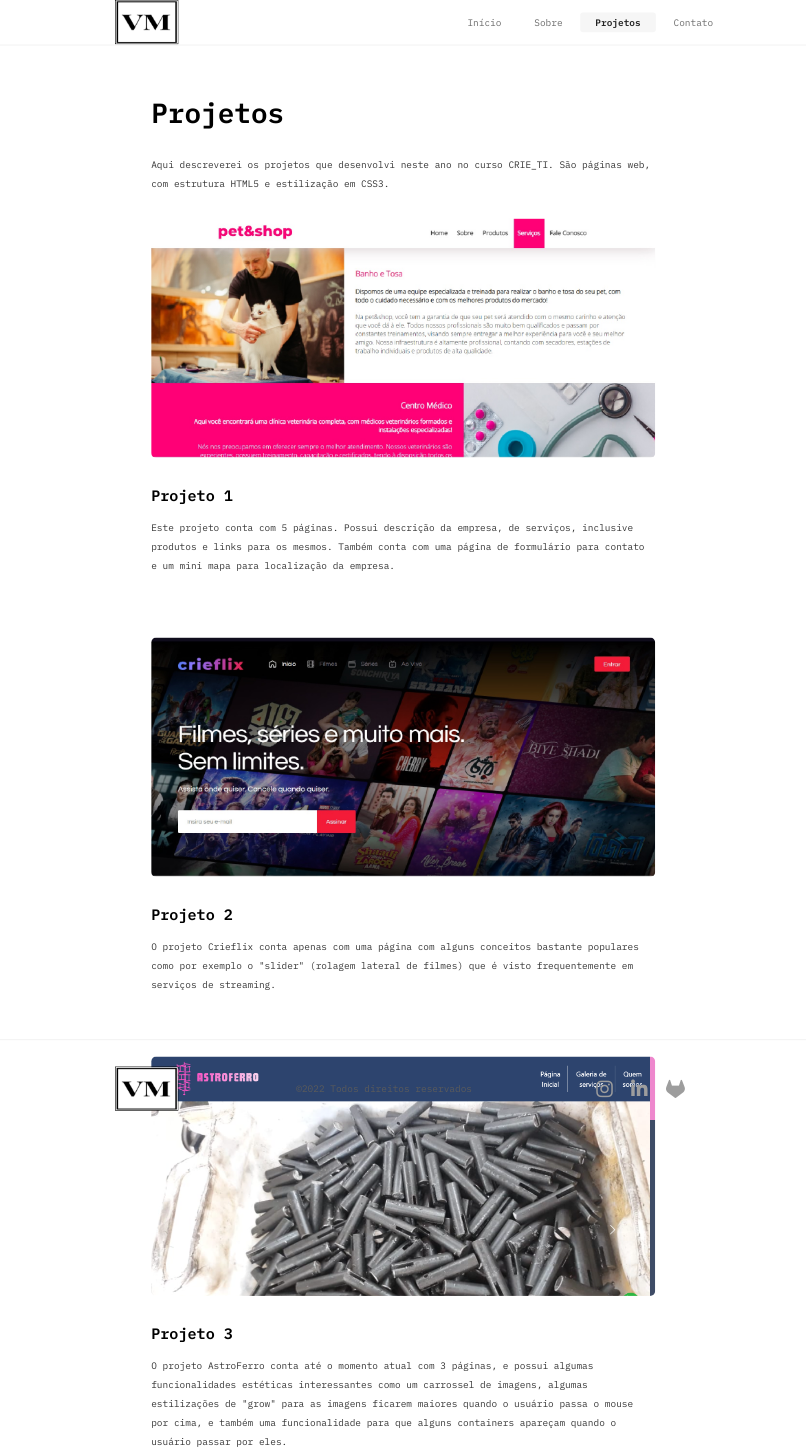
Repository: viictormatias/viictormatias.github.io
Page: projects.html
An editor plug-in stored every save of this project. The page is shown before and after the next save, followed by the edit.
The browser window is 1280 px wide. The pictures show the whole page, at 63% of full size.
Some web libraries are served in a nearby version.

Above is the page before, as saved 2023-02-06 15:41:07.

### projects.html
<!DOCTYPE html>
<html lang="pt-br">
<head>
    <meta charset="UTF-8">
    <meta http-equiv="X-UA-Compatible" content="IE=edge">
    <meta name="viewport" content="width=device-width, initial-scale=1.0">
    <title>Portfólio</title>
    <link rel="stylesheet" href="styles/base/reset.css">
    <link rel="stylesheet" href="styles/base/base.css">
    <link rel="stylesheet" href="styles/base/variables.css">
    <link rel="stylesheet" href="styles/layout/header.css">
    <link rel="stylesheet" href="styles/layout/footer.css">
    <link rel="stylesheet" href="styles/components/about.css">
    <link rel="stylesheet" href="styles/components/button.css">
    <link rel="stylesheet" href="styles/components/projects.css">

    <link rel="preconnect" href="https://fonts.googleapis.com">
    <link rel="preconnect" href="https://fonts.gstatic.com" crossorigin>
    <link href="https://fonts.googleapis.com/css2?family=IBM+Plex+Mono:wght@400;600&display=swap" rel="stylesheet">
    <script src="https://kit.fontawesome.com/d41cb6b5bb.js" crossorigin="anonymous"></script>
</head>
<body>
    <header class="header">
        <label class="header__toggle" for="hamburger">
            <i class="fa-solid fa-bars"></i>
        </label>
        <input id="hamburger" class="header__check" type="checkbox">
        <a href="./index.html">
            <img class="logo" src="./images/VM.png">
        </a>
        <nav class="header__menu">
            <a href="./index.html" class="header__menu__item">
                <span class="header__menu__item__text">Início</span>
            </a>
            <a href="./about.html" class="header__menu__item">
                <span class="header__menu__item__text">Sobre</span>
            </a>
            <a href="./projects.html" class="header__menu__item header__menu__item--active">
                <span class="header__menu__item__text">Projetos</span>
            </a>
            <a href="./contact.html" class="header__menu__item">
                <span class="header__menu__item__text">Contato</span>
            </a>
        </nav>
    </header>
    <section class="projects__page">
        <h1 class="projects__h1">Projetos</h1>
        <p class="projects__text">Aqui descreverei os projetos que desenvolvi neste ano no curso CRIE_TI. São páginas web, com estrutura HTML5 e estilização em CSS3.</p>
        <div class="project__example">
            <img class="picture__project" src="./images/petshop.jpg"  width="1000px">
        </div>
        <div class="project__desc__container">
            <h2 class="projects__title__1">Projeto 1</h2>
            <p class="project__description">Este projeto conta com 5 páginas. Possui descrição da empresa, de serviços, inclusive produtos e links para os mesmos. Também conta com uma página de formulário para contato e um mini mapa para localização da empresa.</p>
        </div>
        <div class="project__example__2" id="projeto2">
            <img class="picture__project" src="./images/crieflix.jpg" width="1000px">
        </div>
        <div class="project__desc__container__1">
            <h2 class="projects__title__1">Projeto 2</h2>
            <p class="project__description">O projeto Crieflix conta apenas com uma página com alguns conceitos bastante populares como por exemplo o "slider" (rolagem lateral de filmes) que é visto frequentemente em serviços de streaming.</p>
        </div>
        <div class="project__example__2" id="projeto3">
            <img class="picture__project" src="./images/astroferroproject.png" width="1000px">
        </div>
        <div class="project__desc__container__1">
            <h2 class="projects__title__1">Projeto 3</h2>
            <p class="project__description">O projeto AstroFerro conta até o momento atual com 3 páginas, e possui algumas funcionalidades estéticas interessantes como um carrossel de imagens, algumas estilizações de "grow" para as imagens ficarem maiores quando o usuário passa o mouse por cima, e também uma funcionalidade para que alguns containers apareçam quando o usuário passar por eles.</p>
        </div>
    </section>

    <section class="footer__projects">
        <div class="container__footer">
            <a href="./index.html">
                <img class="logo__footer" src="./images/VM.png">
            </a>
            <p class="copy__text">©2022 Todos direitos reservados</p>
            <div class="socialmedia__footer">
                <a class="icons" href="https://www.instagram.com/viictormatias/" target="_blank">
                    <i class="fa-brands fa-instagram fa-2x"></i>
                </a>
                <a class="icons" href="https://www.linkedin.com/in/viictormatias/" target="_blank">
                    <i class="fa-brands fa-linkedin-in fa-2x"></i>
                </a>
                <a class="icons" href="https://gitlab.com/vmatiasdev" target="_blank">
                    <i class="fa-brands fa-gitlab fa-2x"></i>
                </a>
            </div>
        </div>
    </section>
</body>
</html>

### styles/base/base.css
body {
    font-family: var(--font-family-primary);
    font-size: 15px;
    background-color: var(--color-white);
    display: flex;
    justify-content: center;
}

* {
    box-sizing: border-box;
  }

### styles/base/variables.css
:root {
    --color-pink: #EA4C89;
    --color-purple: #8F48EB;
    --color-blue: #1DA1F2;
    --color-yellow: #E39600;
    --color-black: #111111;
    --color-light-black: #242424;
    --color-darken-gray: #363636;
    --color-gray: #5B5B5B;
    --color-light-gray: #6C6C6C;
    --color-lighter-gray: #9D9D9D;
    --color-dark-white: #D9D9D9;
    --color-light-white: #EAEAEA;
    --color-medium-white: #F6F6F6;
    --color-white: #FFFFFF;

    --font-family-ibm: 'IBM Plex Mono';
    --font-size-default: 15px;

    --font-family-primary: var(--font-family-ibm);
}

### styles/layout/header.css
.header {
    height: 72px;
    width: 100%;
    display: flex;
    align-items: center;
    border-bottom: 1px solid var(--color-light-white);
    position: absolute;
}
.header__toggle,
.header__check {
  display: none;
}
.header__menu {
    display: flex;
    flex-direction: row;
    justify-content: center;
    align-items: center;
    padding: 8px 24px;
    gap: 4px;
    margin-left: auto;
    margin-right: 100px;
}
.header__menu__item {
    color: var(--color-light-gray);
    text-decoration: none;
    padding: 8px 24px;
}
.header__menu__item--active {
    color: var(--color-light-black);
    background-color: var(--color-medium-white);
    border-radius: 4px;
    font-weight: 600;
}
.logo {
    height: 70px;
    width: 100px;
    border: 1px solid #000000;
    margin-left: 183px;
    text-align: center;
}
nav a:hover {
    background: var(--color-medium-white);
}

@media only screen and (max-width:480px) {
    .header {
        height: 100px;
        width: 100%;
        display: flex;
        align-items: center;
        border-bottom: 1px solid var(--color-light-white);
        position: absolute;
    }
    .logo {
        height: 70px;
        width: 100px;
        border: 1px solid #000000;
        text-align: center;
        margin-left: 55%;
    }

    .header__menu {
        display: block;
        position: fixed;
        height: 230px;
        top: 80px;
        left: 0;
        right: 0;
        bottom: 0;
        background-color: var(--color-light-white);
        transform: translateX(-100%);
        transition: transform 0.25s ease;
        z-index: 9;
      }
      .header__menu__item {
        display: block;
        margin: 20px 0;
      }
      .header__toggle {
        display: block;
        margin-left: 40px;
      }
      .header__check:checked ~ .header__menu {
        transform: translateX(0);
      }
    }

### styles/layout/footer.css
.footer {
  margin-top: 2450px;
  width: 100%;
}
.container__footer {
    display: flex;
    justify-content: space-between;
    width: 100%;
    height: 156px;
    position: absolute;
    align-items: center;
    border-top: 1px solid var(--color-light-white);
}
.logo__footer {
    height: 70px;
    width: 100px;
    border: 1px solid #000000;
    text-align: center;
    margin-left: 183px;
}
.socialmedia__footer {
    margin-right: 183px;
}
.copy__text {
    color: var(--color-gray);
    align-items: center;
    text-align: center;
}
.footer__about {
    margin-top: 900px;
    width: 100%;
  }
  .footer__projects {
    margin-top: 1650px;
    width: 100%;
  }
  .footer__contacts {
    margin-top: 1000px;
    width: 100%;
    position: absolute;
  }

  @media only screen and (max-width:480px) {
  .footer {
     margin-top: 2750px;
     width: 100%;
  }
  .container__footer {
    display: flex;
    justify-content: space-between;
    width: 100%;
    height: 156px;
    position: absolute;
    align-items: center;
    border-top: 1px solid var(--color-light-white);
  }
  .logo__footer {
    height: 40px;
    width: 70px;
    border: 1px solid #000000;
    text-align: center;
    margin-left: 0;
  }
  .socialmedia__footer {
    margin-right: 0;
    display: flex;
  }
  .footer__about {
    margin-top: 1300px;
    width: 100%;
  }
  .footer__contacts {
    margin-top: 1100px;
  }
  .footer__projects {
    margin-top: 1450px;
    width: 100%;
  }
  }

### styles/components/about.css
.about {
    position: absolute;
    width: 1000px;
    margin-top: 150px ;
}
.about__title {
    width: 800px;
    text-align: center;
    line-height: 57px;
    font-size: 44px;
    font-style: normal;
    font-weight: 600;
    display: flex;
    align-items:center;
    margin-bottom: 40px;
    margin-left: auto;
    margin-right: auto;
}
.picture {
    border-radius: 8px;
    filter: grayscale(1);
}
.about__text {
    width: 800px;
    margin-left: auto;
    margin-right: auto;
    margin-top: 20px;
    margin-bottom:40px ;
    color: var(--color-darken-gray);
    line-height: 30px;
}
.pic__desc {
    font-style: italic;
    color: var(--color-light-gray);
    text-align: center;
    margin-top: 5px;
}
.icons {
    text-decoration: none;
    color: var(--color-lighter-gray);
    margin: 10px
}
.socialmedia {
    margin-left: 90px;
    margin-right: 20px;
}
.container {
    display: flex;
    flex-direction: row;
    justify-content: flex-start;
}
.about__page {
    position: absolute;
    width: 800px;
    margin-top: 150px ;
}
.works {
    position: absolute;
    width: 800px;
    margin-top: 550px ;
}
.studies {
    position: absolute;
    width: 800px;
    margin-top: 700px ;
}
.jobs {
    display: flex;
    justify-content: space-between;
    margin-top: 20px;
}
.company {
    color: var(--color-darken-gray);
    font-weight: 600;
}
.position {
    color: var(--color-light-gray);
    font-weight: 400;
}

@media only screen and (max-width:480px) {
    .about {
        position: absolute;
        width: 100%;
        margin-top: 150px ;
    }
    .about__title {
        width: 100%;
        text-align: center;
        line-height: 57px;
        font-size: 44px;
        font-style: normal;
        font-weight: 600;
        display: flex;
        align-items:center;
        margin-bottom: 40px;
        margin-left: auto;
        margin-right: auto;
    }
    .picture {
        border-radius: 8px;
        filter: grayscale(1);
        width: 100%;
    }
    .socialmedia {
        margin-left: 0px;
        margin-right: 0px;
    }
    .container {
        display: flex;
        flex-direction: row;
        justify-content: center;
    }
    .about__page {
        position: absolute;
        width: 100%;
        margin-top: 150px ;
    }
    .about__text {
        width: 95%;
        margin-left: auto;
        margin-right: auto;
        margin-top: 20px;
        margin-bottom:40px ;
        color: var(--color-darken-gray);
        line-height: 30px;
    }
    .works {
        position: absolute;
        width: 95%;
        margin-top: 900px ;
    }
    .studies {
        position: absolute;
        width: 95%;
        margin-top: 1100px ;
    }
    .company {
        width: 100%;
        color: var(--color-darken-gray);
        font-weight: 600;
    }
   .jobs {
       display: inline-block;
   }
}

### styles/components/button.css
.button {
    background: #FAFAFA;
    border: 1px solid var(--color-light-white);
    border-radius: 20px;
    font-family: var(--font-family-primary);
    font-weight: 600;
    font-size: var(--font-size-default);
    flex: none;
    cursor: pointer;
    justify-content: center;
    align-items: center;
    padding: 10px 15px;
    gap: 10px;
}

### styles/components/projects.css
.projects {
    position: absolute;
    width: 800px;
    height: 470px;
    margin-top: 1350px;
}
.projects__title {
    font-size: 24px;
    font-weight: 600;
    line-height: 31.2px;
    margin-bottom: 20px;
}
.project__text {
    font-size: 18px;
    line-height: 23.4px;
}
.container__project {
    background: #FAFAFA;
    border: 1px solid #EAEAEA;
    border-radius: 8px;
    width: 800px;
    padding: 30px 30px;
    margin-top: 20px;
}
.projects__example {
    font-size: 18px;
    font-weight: 600;
    line-height: 23px;
}
.prod__text {
    margin-left: auto;
    margin-right: auto;
    margin-top: 20px;
    margin-bottom:40px ;
    color: var(--color-darken-gray);
    line-height: 30px;
}
.logo__pet {
    margin-top: 15px;
    margin-left: -5px;
    margin-bottom: -5px;
}
.logo__crieflix {
    margin-top: 15px;
    margin-bottom: 5px;
}
.projects__h1 {
    width: 800px;
    height: 57px;
    text-align: center;
    line-height: 57px;
    font-size: 44px;
    font-style: normal;
    font-weight: 600;
    display: flex;
    align-items:center;
    margin-bottom: 40px;
    margin-left: auto;
    margin-right: auto;
}
.projects__page {
    position: absolute;
    width: 800px;
    margin-top: 150px;
}
.projects__text {
    width: 800px;
    margin-left: auto;
    margin-right: auto;
    margin-top: 20px;
    margin-bottom:40px ;
    color: var(--color-darken-gray);
    line-height: 30px;
    font-weight: 400;
}
.picture__project {
    border-radius: 8px;
    width: 1000px;
    height: 380px;
    object-fit: cover;
    object-position: top;
}
.project__description {
    width: 800px;
    margin-left: auto;
    margin-right: auto;
    margin-top: 20px;
    color: var(--color-darken-gray);
    line-height: 30px;
}
.project__desc__container {
   position: absolute;
   margin-top: -40px;
}
.projects__title__1 {
    font-size: 24px;
    font-weight: 600;
    line-height: 31.2px;
}
.project__example {
    display: flex;
    justify-content: center;
    height: 465px;
}
.project__example__2 {
    display:flex;
    justify-content: center;
    height: 465px;
    margin-top: 200px;
}
.project__desc__container__1 {
    position: absolute;
    margin-top: -40px;
}
.projects__links {
    text-decoration: none;
}
.projects__links:visited {
    color: var(--color-black);
}

@media only screen and (max-width:480px) {
    .projects {
        position: absolute;
        width: 90%;
        height: 470px;
        margin-top: 1300px;
    }
    .projects__title {
        text-align: center;
    }
    .container__project {
        background: #FAFAFA;
        border: 1px solid #EAEAEA;
        border-radius: 8px;
        width: 100%;
        padding: 30px 30px;
        margin-top: 20px;
    }
    .projects__text {
        width: 95%;
    }
    .projects__page {
        width: 100%;
    }
    .projects__h1 {
        width: 100%;
        justify-content: center;
    }
    .picture__project {
        width: 100%;
        height: 180px;
    }
    .project__description {
        width: 95%;
        object-fit: cover;
        object-position: top;
    }
    .project__example {
        display: flex;
        justify-content: center;
        height: 250px;
        width: 100%;
    }
    .project__example__2 {
        display:flex;
        justify-content: center;
        height: 250px;
        margin-top: 300px;
        width: 100%;
    }
    .project__desc__container__1 {
        position: absolute;
        margin-top: -40px;
        margin-bottom: -100px;
    }
}

Loaded but not shown: styles/base/reset.css (common file)

After the next save:
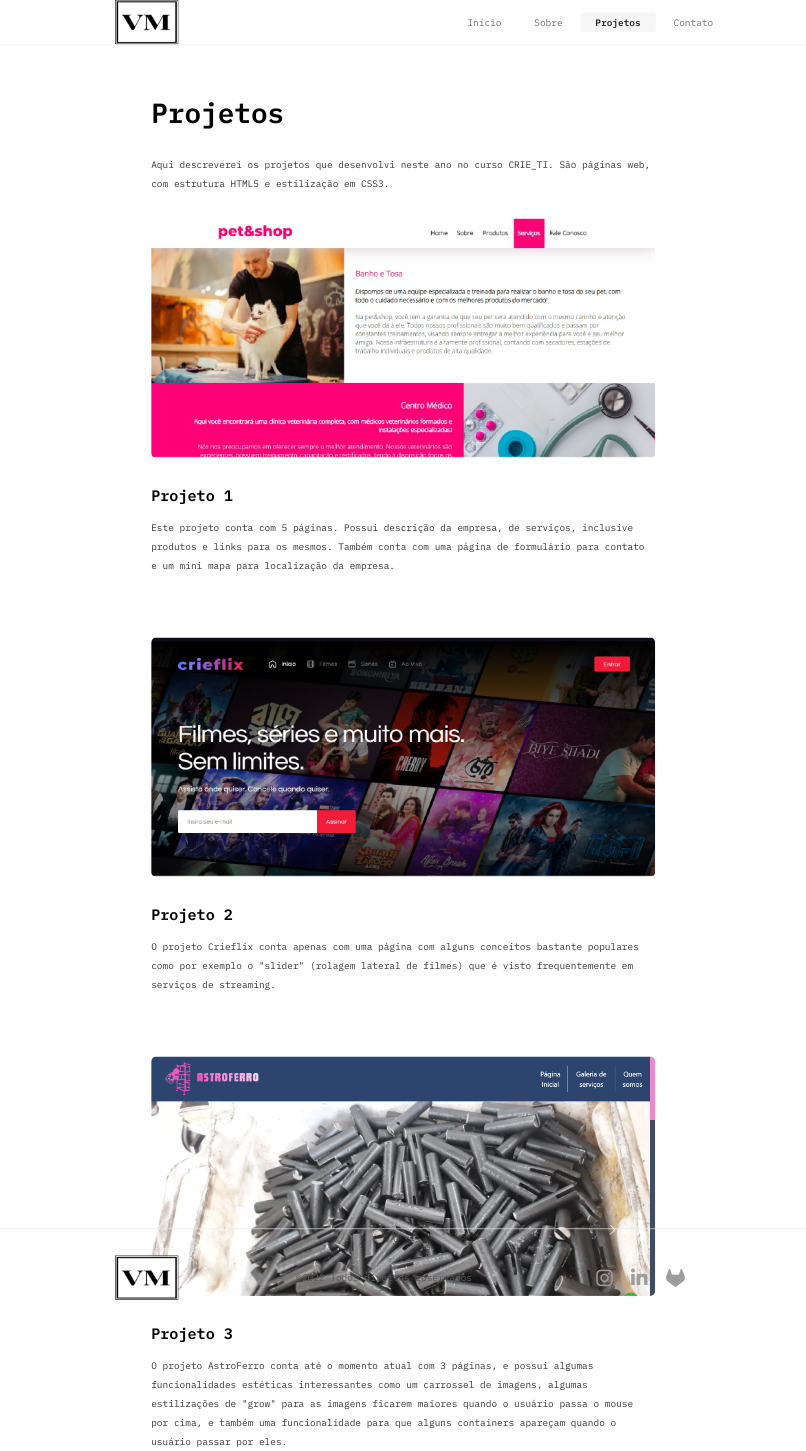
Saved 40 s later.
--- a/styles/layout/footer.css
+++ b/styles/layout/footer.css
@@ -31,7 +31,7 @@
     width: 100%;
   }
   .footer__projects {
-    margin-top: 1650px;
+    margin-top: 1950px;
     width: 100%;
   }
   .footer__contacts {
